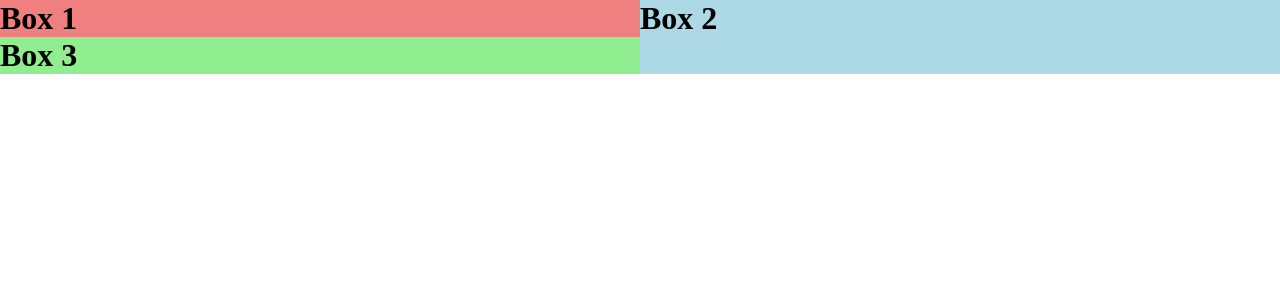
Repository: situmorang-com/grid-system
Page: index.html
An editor plug-in stored every save of this project. The page is shown before and after the next save, followed by the edit.
The browser window is 1280 px wide. The pictures show the whole page.

Above is the page before, as saved 2020-06-24 18:12:27.

### index.html
<!DOCTYPE html>
<html lang="en">
<head>
    <meta charset="UTF-8">
    <meta name="viewport" content="width=device-width, initial-scale=1.0">
    <link rel="stylesheet" href="style.css">
    <title>Grid System CSS</title>
</head>
<body>
    <main>
        <div class="box1">
            <h1>Box 1</h1>
        </div>
        <div class="box2">
            <h1>Box 2</h1>
        </div>
        <div class="box3">
            <h1>Box 3</h1>
        </div>
    </main>
</body>
</html>

### style.css
* {
    margin: 0;
    padding: 0;
    box-sizing: border-box;
}

.box1 {
    background: lightcoral;
}

.box2 {
    background: lightblue;
}

.box3 {
    background: lightgreen;
}

main {
    display: grid;
    grid-template-columns: 1fr 1fr;
    grid-template-rows: 1fr 1fr;
}

/* .box3 {
    grid-column-start: 1;
    grid-column-end: 3;

    grid-column: 1/3;

} */
.box1 {
    grid-row: 1/2;
    grid-column: 1/2;
}
.box2 {
    grid-row: 1/3;
}

After the next save:
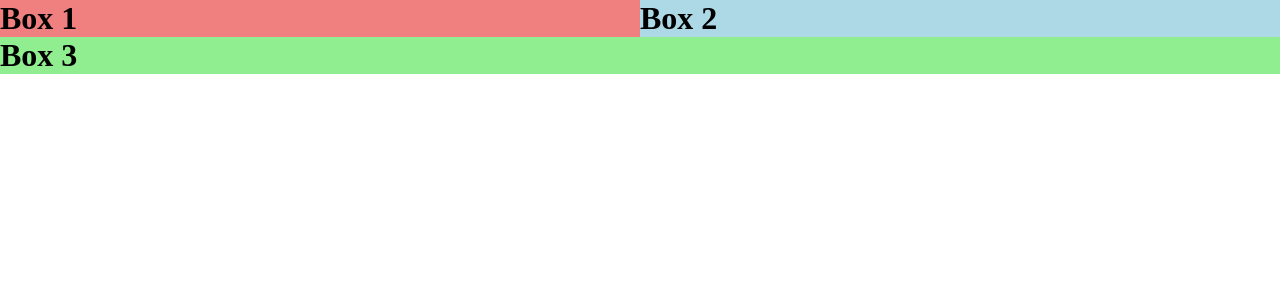
Saved 10 min 6 s later.
--- a/style.css
+++ b/style.css
@@ -20,6 +20,10 @@
     display: grid;
     grid-template-columns: 1fr 1fr;
     grid-template-rows: 1fr 1fr;
+    grid-template-areas:
+        "box1 box2"
+        "box3 box3";
+
 }
 
 /* .box3 {
@@ -29,10 +33,19 @@
     grid-column: 1/3;
 
 } */
-.box1 {
+/* .box1 {
     grid-row: 1/2;
     grid-column: 1/2;
 }
 .box2 {
     grid-row: 1/3;
+} */
+
+.box1 {
+    grid-area: box1;
 }
+.box2 {
+    grid-area: box2;
+}.box3 {
+    grid-area: box3;
+}
